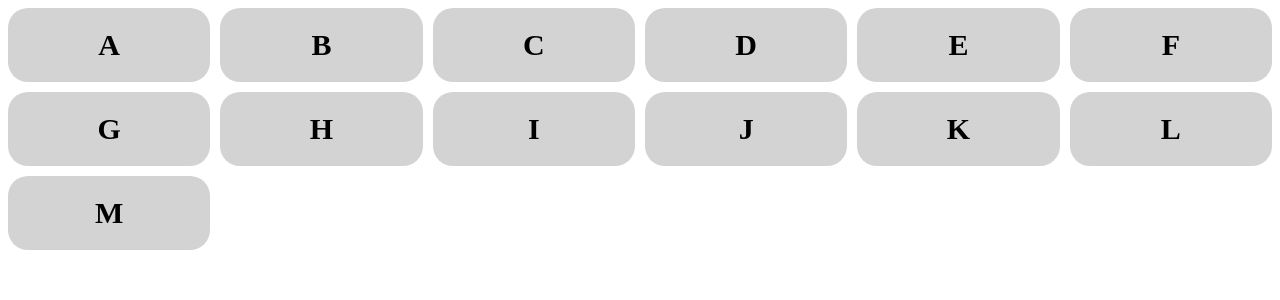
Repository: Yevhen94/nixhw
Page: fourth-lesson/index.html
The author's editor kept a copy of each file at every save. The page is drawn from the files as they stood at one save, then again after the next save.
The browser window is 1280 px wide. The pictures show the whole page.

Above is the page before, as saved 2022-02-08 14:40:20.

After the next save:
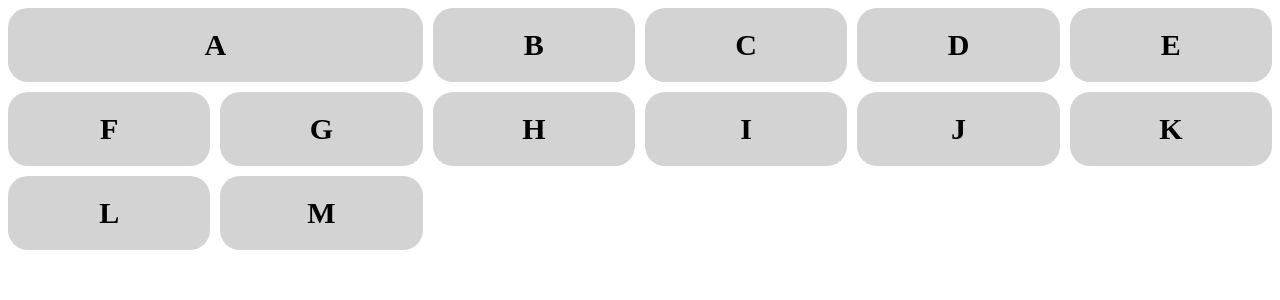
Saved 30 s later.
--- a/fourth-lesson/styles/index.css
+++ b/fourth-lesson/styles/index.css
@@ -49,3 +49,7 @@
   padding: 20px;
   display: flex;
 }
+
+.two-in-one {
+  grid-column: 1 / span 2;
+}
